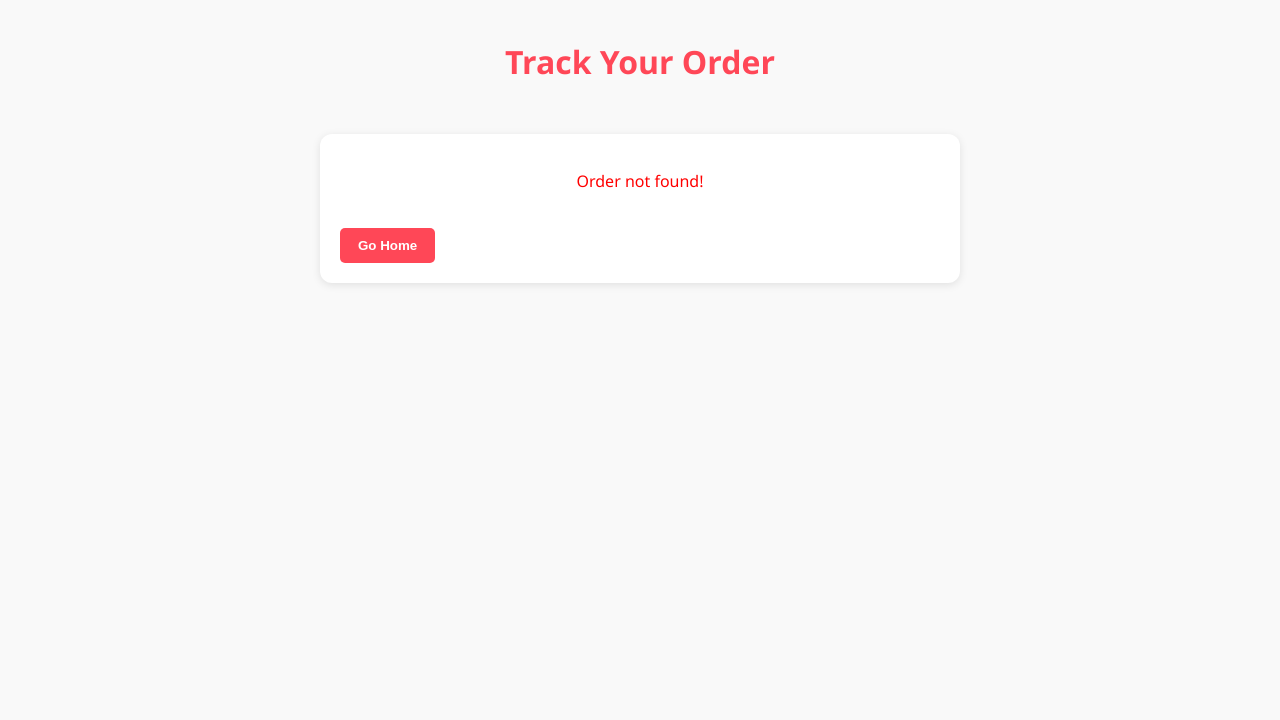
Repository: srinithiashoka/FoodDeliveryApp
Page: http://localhost/FoodDeliveryApp/trackorder.jsp
The author's editor kept a copy of each file at every save. The page is drawn from the files as they stood at one save, then again after the next save.
The browser window is 1280 px wide. The pictures show the whole page.
The page is served by Tomcat 10.

Above is the page before, as saved 2025-12-03 15:18:02.

After the next save:
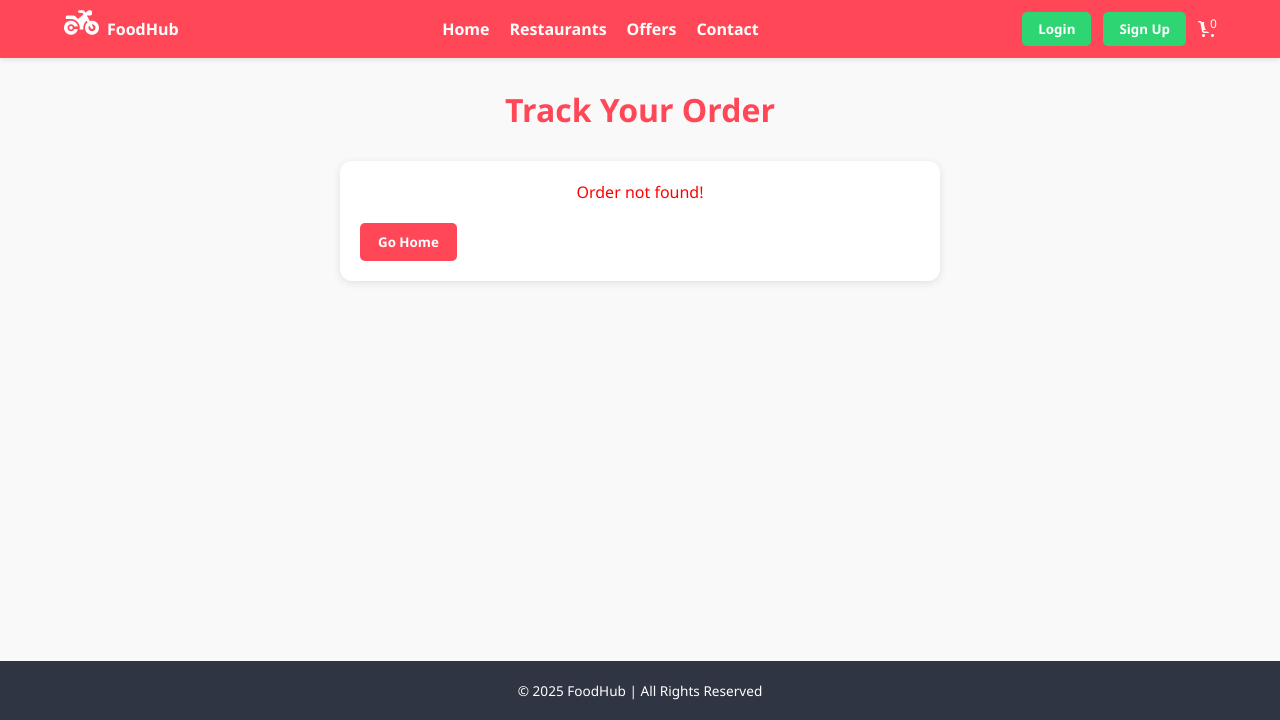
Saved 2 min 41 s later.
--- a/FoodDeliveryApp/src/main/webapp/trackorder.jsp
+++ b/FoodDeliveryApp/src/main/webapp/trackorder.jsp
@@ -8,7 +8,6 @@
     User user = (User) session.getAttribute("user");
 
     Order order = null;
-
     String orderParam = request.getParameter("orderId");
     OrderDAOImpl orderDAO = new OrderDAOImpl();
 
@@ -30,14 +29,34 @@
 <head>
     <meta charset="UTF-8">
     <title>Track Order - FoodHub</title>
+    <meta name="viewport" content="width=device-width, initial-scale=1.0">
+
+    <!-- Font Awesome -->
+    <link rel="stylesheet" href="https://cdnjs.cloudflare.com/ajax/libs/font-awesome/6.5.0/css/all.min.css">
+
+    <!-- Menu CSS (reuse your existing CSS for header/footer/menu) -->
+    <link rel="stylesheet" href="css/menu.css">
+
     <style>
-        body { font-family: "Segoe UI", sans-serif; background:#f9f9f9; margin:0; padding:0; display:flex; flex-direction:column; align-items:center; }
-        h1 { color:#ff4757; margin-top:40px; }
-        .order-container { background:#fff; padding:20px; margin-top:30px; border-radius:12px; box-shadow:0 2px 8px rgba(0,0,0,0.1); width:90%; max-width:600px; }
-        .order-row { display:flex; justify-content:space-between; margin:10px 0; font-size:1rem; }
+        /* Order container styles */
+        .order-container {
+            background:#fff;
+            padding:20px;
+            margin:30px auto;
+            border-radius:12px;
+            box-shadow:0 2px 8px rgba(0,0,0,0.1);
+            width:90%;
+            max-width:600px;
+        }
+        .order-row {
+            display:flex;
+            justify-content:space-between;
+            margin:10px 0;
+            font-size:1rem;
+        }
         .order-status { font-weight:bold; color:#2ed573; }
-        .btn { margin-top:20px; padding:10px 18px; background:#ff4757; color:white; border:none; border-radius:5px; cursor:pointer; font-weight:bold; transition:background 0.3s; }
-        .btn:hover { background:#ff6b81; }
+        .btn-back { margin-top:20px; padding:10px 18px; background:#ff4757; color:white; border:none; border-radius:5px; cursor:pointer; font-weight:bold; transition:background 0.3s; }
+        .btn-back:hover { background:#ff6b81; }
 
         /* Toast */
         #toast {
@@ -66,19 +85,52 @@
 </head>
 <body>
 
+<!-- HEADER -->
+<header>
+    <div class="container">
+        <div class="navbar">
+            <div class="logo">
+                <i class="fa-solid fa-motorcycle scooter-icon"></i>
+                <span>FoodHub</span>
+            </div>
+            <ul class="nav-menu">
+                <li><a href="home.jsp">Home</a></li>
+                <li><a href="#">Restaurants</a></li>
+                <li><a href="#">Offers</a></li>
+                <li><a href="#">Contact</a></li>
+            </ul>
+            <div class="nav-actions">
+                <% if(user == null) { %>
+                    <button class="btn btn-login" onclick="location.href='login.jsp'">Login</button>
+                    <button class="btn btn-signup" onclick="location.href='signup.jsp'">Sign Up</button>
+                <% } else { %>
+                    <span>Welcome, <%= user.getUsername() %></span>
+                <% } %>
+                <div class="cart-icon-wrapper">
+                    <a href="cart.jsp">
+                        <i class="fas fa-shopping-cart cart-icon"></i>
+                    </a>
+                    <span class="cart-badge"><%= session.getAttribute("cartCount") != null ? session.getAttribute("cartCount") : 0 %></span>
+                </div>
+            </div>
+        </div>
+    </div>
+</header>
+
+<!-- Toast -->
 <div id="toast"></div>
 
-<h1>Track Your Order</h1>
+<h1 style="text-align:center; color:#ff4757; margin-top:30px;">Track Your Order</h1>
 
 <div class="order-container">
 <% if(order != null) { %>
     <div class="order-row">
         <span>Order ID:</span>
-        <span>#<%= order.getOrderId() %></span>
+        <span><%= order.getOrderId() %></span>
     </div>
     <div class="order-row">
         <span>Restaurant ID:</span>
-        <span>#<%= order.getRestaurantId() %></span>
+        <span><%= order.getRestaurantId() %></span>
     </div>
     <div class="order-row">
         <span>Order Date:</span>
@@ -97,12 +149,19 @@
         <span class="order-status" id="orderStatus"><%= order.getStatus() %></span>
     </div>
 
-    <button class="btn" onclick="window.location.href='home.jsp'">Back to Home</button>
+    <button class="btn-back" onclick="window.location.href='home.jsp'">Back to Home</button>
 <% } else { %>
     <p style="text-align:center; color:red;">Order not found!</p>
-    <button class="btn" onclick="window.location.href='home.jsp'">Go Home</button>
+    <button class="btn-back" onclick="window.location.href='home.jsp'">Go Home</button>
 <% } %>
 </div>
+
+<!-- FOOTER -->
+<footer>
+    <div class="container">
+        <p>© 2025 FoodHub | All Rights Reserved</p>
+    </div>
+</footer>
 
 <script>
 <% if(order != null){ %>
